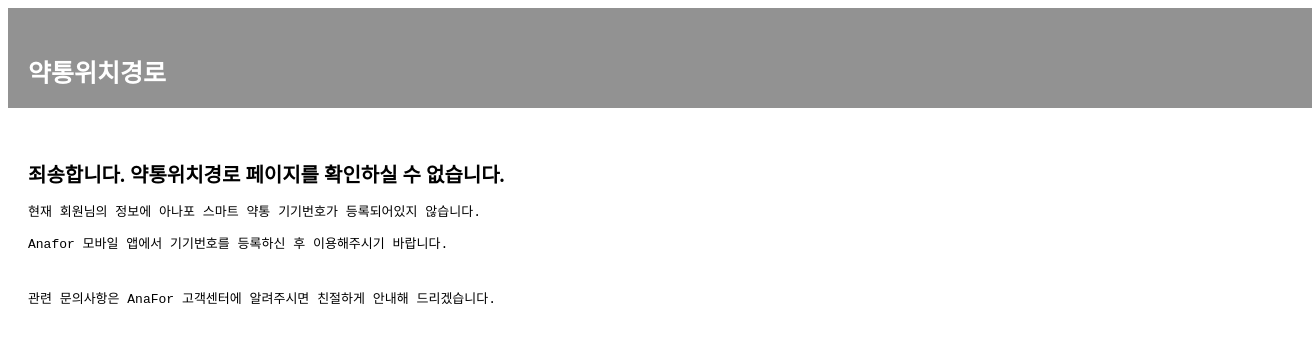
Repository: euzny/Spring-Website
Page: http://localhost/anafor/WEB-INF/views/my_info/notAccept.jsp
The author's editor kept a copy of each file at every save. The page is drawn from the files as they stood at one save, then again after the next save.
The browser window is 1280 px wide. The page is 1312 px wide, so the pictures cover 1312 px, including what lies to the right of the window. The pictures show the whole page.
The page is served by Tomcat 9. Nobody is signed in. Other server files are loaded and not shown. The template is opened directly, without the code that normally fills it, so the values that code supplies are empty.

Above is the page before, as saved 2022-06-23 02:09:15.

### Workspace/anafor/src/main/webapp/WEB-INF/views/my_info/notAccept.jsp
<%@ page language="java" contentType="text/html; charset=UTF-8"
    pageEncoding="UTF-8"%>
<!DOCTYPE html>
<html>
<head>
<meta charset="UTF-8">
<title>Insert title here</title>
<style>
 	#header {
	   width:100%;
	   height:60px;
	   padding: 20px;
	   background-color:#929292;
	   border-bottom: 1px solid white;
	}
	#header h3{
	   font-size: 25px;
	   font-weight: bold;
	   text-align: left;
	   color: white;
	}

	#notice{
		width : 80%;
		margin:50px 0px 0px 20px;
	}
	#notice h3{
	   font-size: 20px;
	   font-weight:600;
	   margin-bottom:10px;
	}
	#notice pre{
		margin-bottom:5px;
	}
   	</style>
</head>
<body>
<div id="header">
  	<h3>약통위치경로</h3>
</div>
<div id="notice">
	<h3>죄송합니다. 약통위치경로 페이지를 확인하실 수 없습니다.</h3>
		<pre>현재 회원님의 정보에 아나포 스마트 약통 기기번호가 등록되어있지 않습니다.</pre>
		<pre>Anafor 모바일 앱에서 기기번호를 등록하신 후 이용해주시기 바랍니다.</pre>
		<br>
		<pre>관련 문의사항은 AnaFor 고객센터에 알려주시면 친절하게 안내해 드리겠습니다.</pre>
</div>
</body>
</html>

After the next save:
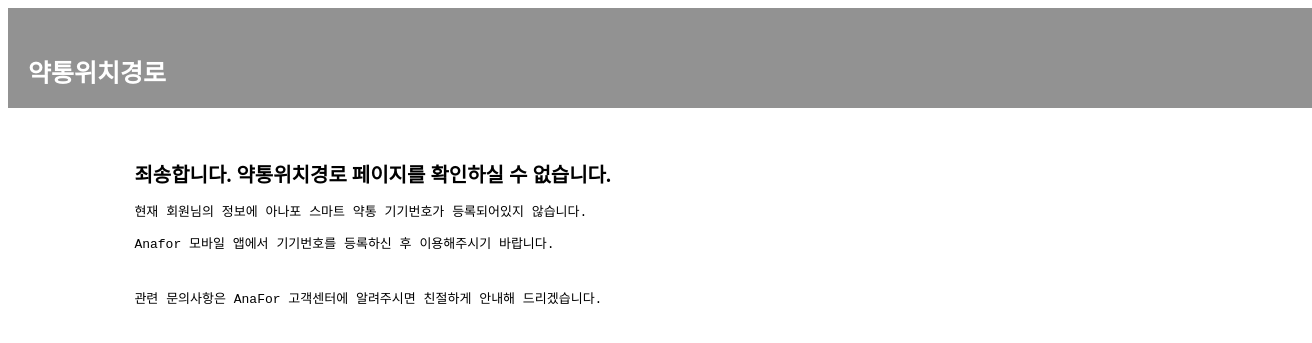
Saved 7 s later.
--- a/Workspace/anafor/src/main/webapp/WEB-INF/views/my_info/notAccept.jsp
+++ b/Workspace/anafor/src/main/webapp/WEB-INF/views/my_info/notAccept.jsp
@@ -22,7 +22,7 @@
 
 	#notice{
 		width : 80%;
-		margin:50px 0px 0px 20px;
+		margin:50px auto;
 	}
 	#notice h3{
 	   font-size: 20px;
